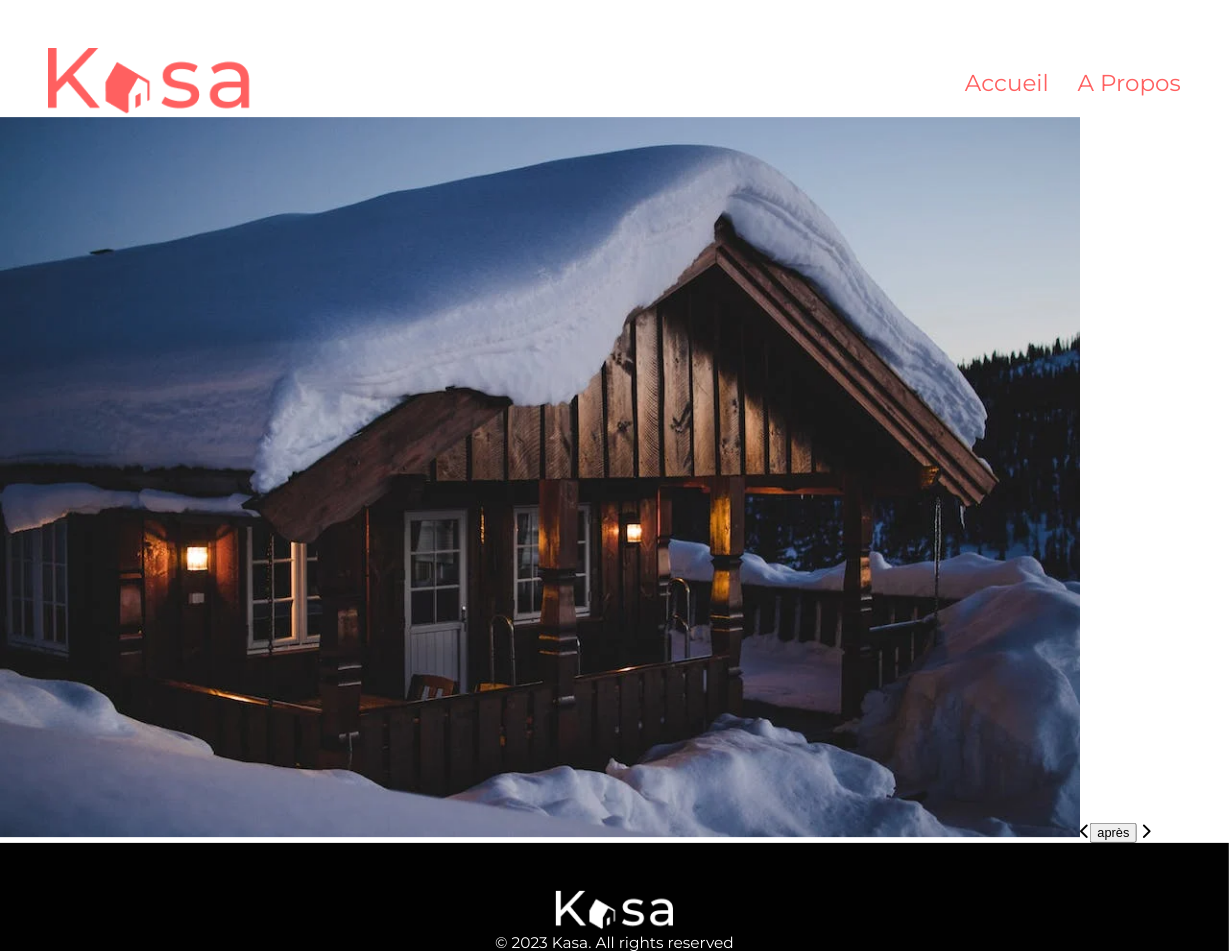
Repository: Ascaris29/Kasa_oc
Page: /essai (app in kasa_project/)
The author's editor kept a copy of each file at every save. The page is drawn from the files as they stood at one save, then again after the next save.
The browser window is 1280 px wide. The pictures show the whole page, at 96% of full size.
Some web libraries are served in a nearby version. The project was rebuilt for these pictures with package versions that can differ from the ones it lists, and the page was loaded fresh each time. Also part of the build but not shown: kasa_project/src/pages/homepage/Homepage.module.scss, kasa_project/src/pages/homepage/components/CardLogement.module.scss, kasa_project/src/pages/homepage/components/CardLogement.js, kasa_project/src/pages/homepage/Homepage.js, kasa_project/src/pages/404/404.module.scss, kasa_project/src/pages/404/404.js, kasa_project/src/pages/a_propos/APropos.module.scss, kasa_project/src/pages/a_propos/components/CardDescription.module.scss and 6 more.

Above is the page before, as saved 2023-03-16 01:45:44.

After the next save:
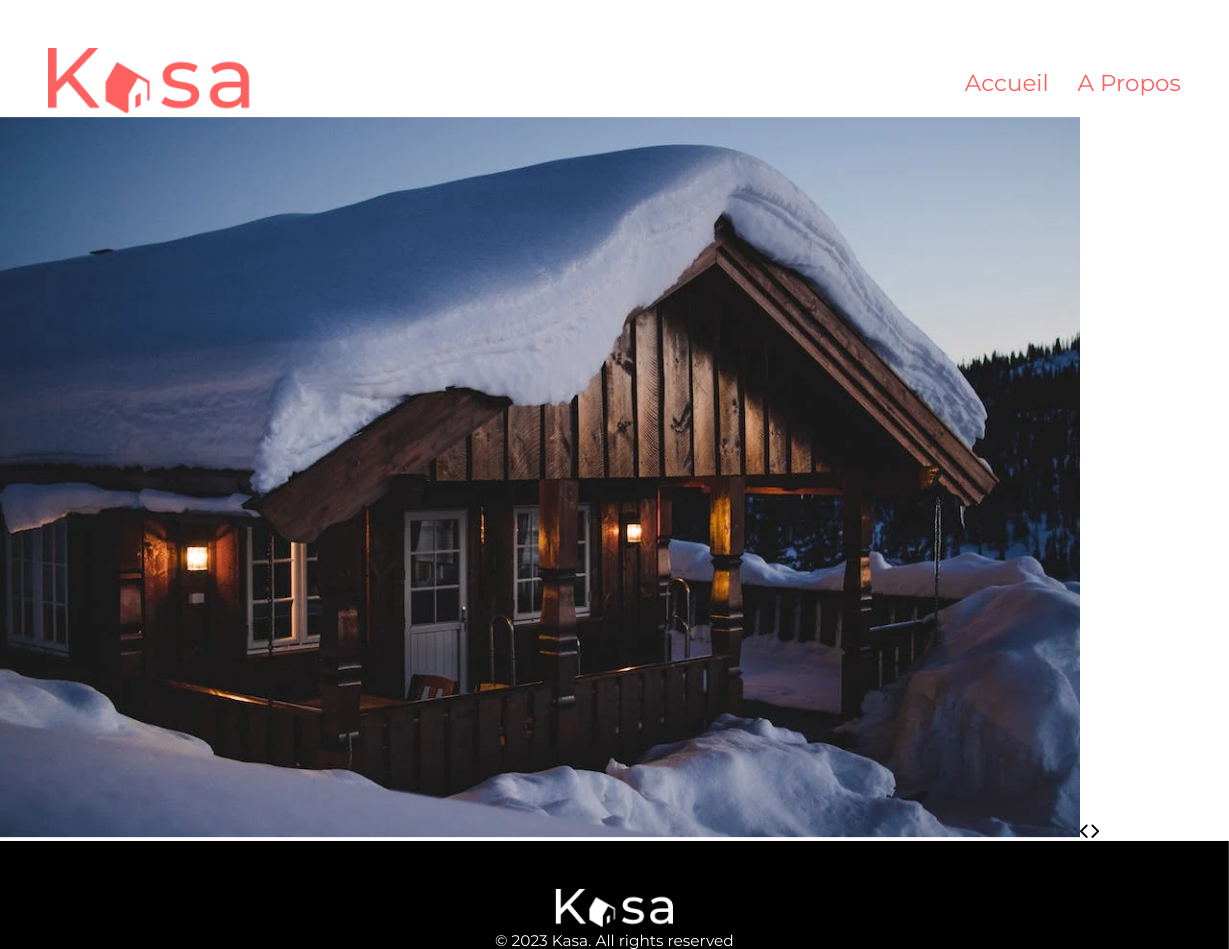
Saved 6 s later.
--- a/kasa_project/src/pages/logement/components/caroussel/Caroussel.js
+++ b/kasa_project/src/pages/logement/components/caroussel/Caroussel.js
@@ -42,7 +42,7 @@ export default function Caroussel(){
                 i === index && ( <img src={item} alt="" /> )
             )}
             <i class="fa-solid fa-chevron-left" onClick={handleClickCarousselPrev}></i>
-            <button onClick={handleClickCarousselAfter}> après </button>  <i class="fa-solid fa-chevron-right" onClick={handleClickCarousselAfter}></i>
+            <i class="fa-solid fa-chevron-right" onClick={handleClickCarousselAfter}></i>
         </div>
     )
 
